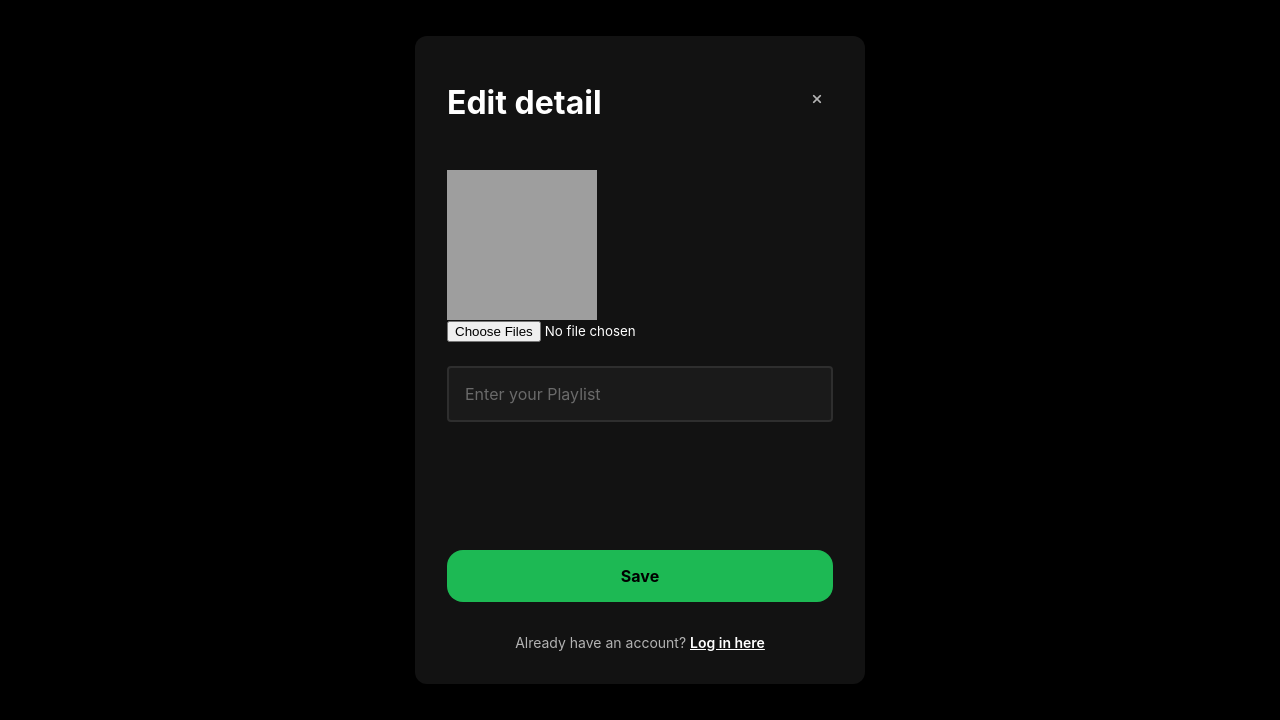
Repository: lannguyen1301/f8-zoom-module2
Page: nhap.html
These files come from the project's save history. The page is drawn as it stood at one moment and after the next save; the edit follows.
The browser window is 1280 px wide. The pictures show the whole page.
Pictures or frames that could not be fetched are drawn as grey boxes. An inner scrolling area shows only its first screen.

Above is the page before, as saved 2025-08-15 23:03:01.

After the next save:
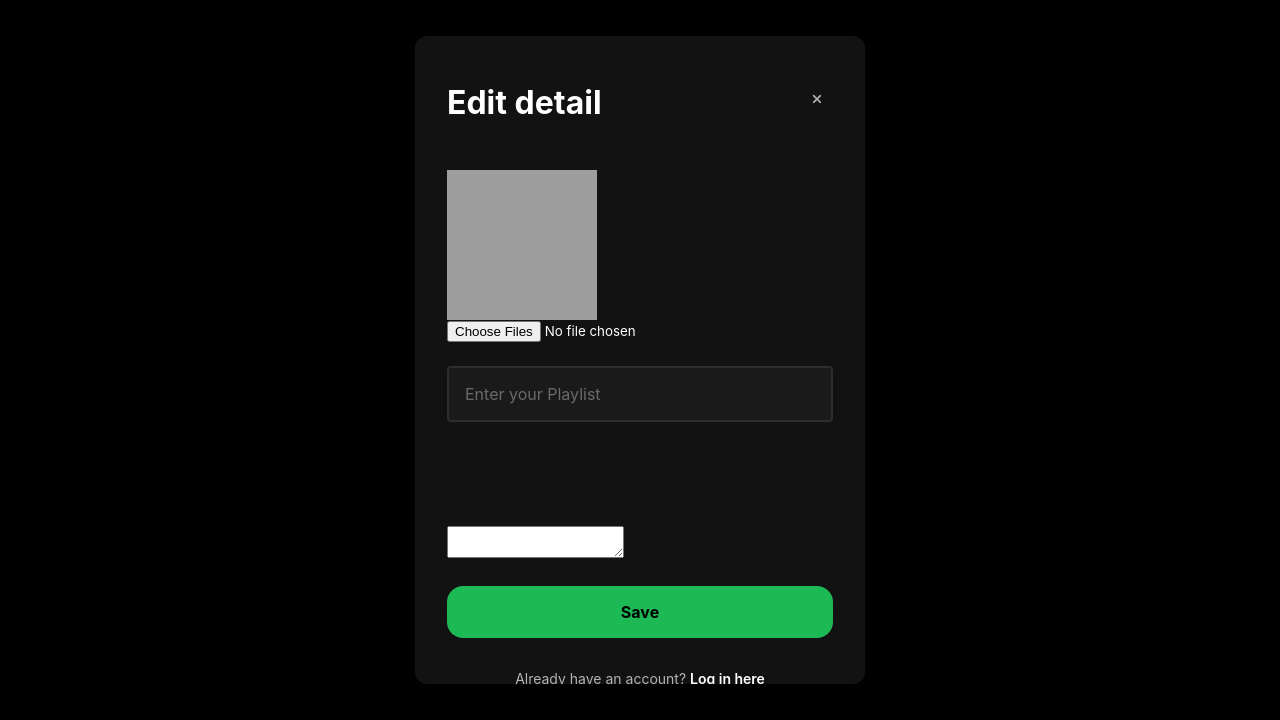
Saved 25 s later.
--- a/nhap.html
+++ b/nhap.html
@@ -110,7 +110,7 @@
                             <label for="editor" onclick="editor.focus()" hidden>Nội dung</label>
                             <div id="editor" class="editor" contenteditable="" placeholder="Nhập nội dung..."
                                 name="content" oninput="content.innerHTML = this.innerHTML"></div>
-                            <textarea id="content" name="content" class="form-input" hidden=""></textarea>
+                            <textarea id="content" name="content"></textarea>
                         </div>
 
                         <!-- <div class="form-group invalid">

After the save that followed:
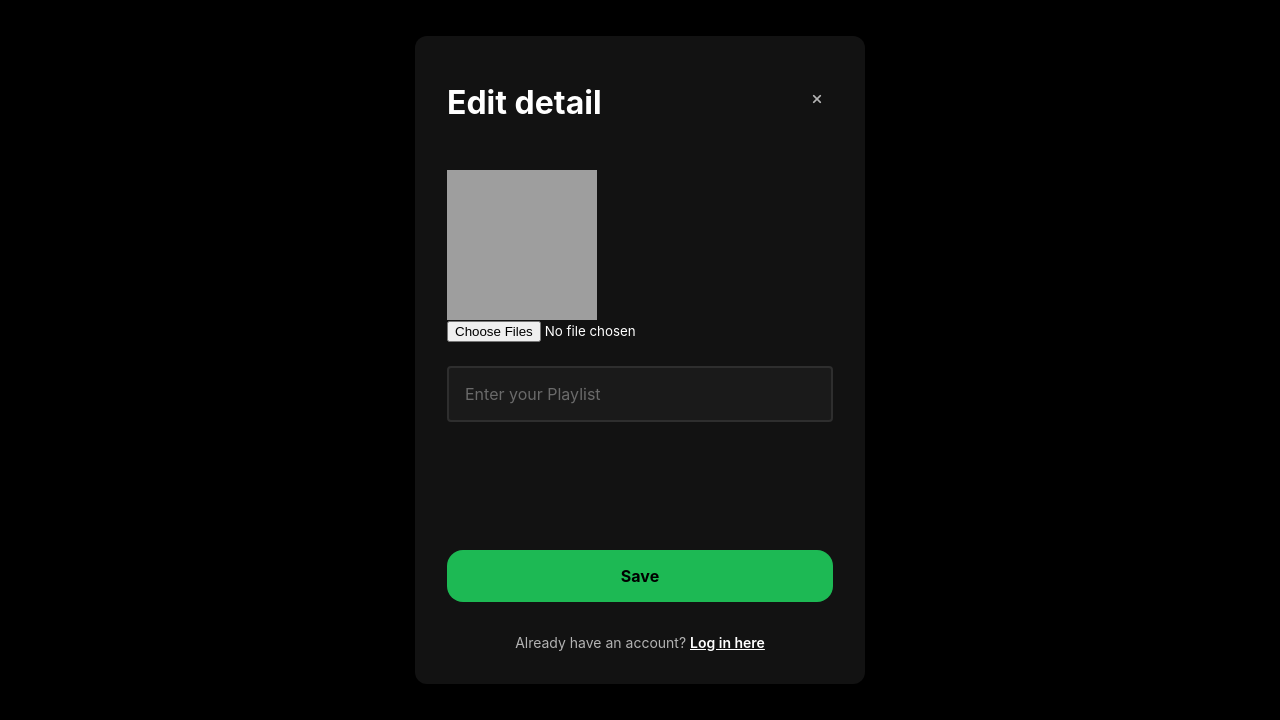
Saved 22 s later.
--- a/nhap.html
+++ b/nhap.html
@@ -110,7 +110,7 @@
                             <label for="editor" onclick="editor.focus()" hidden>Nội dung</label>
                             <div id="editor" class="editor" contenteditable="" placeholder="Nhập nội dung..."
                                 name="content" oninput="content.innerHTML = this.innerHTML"></div>
-                            <textarea id="content" name="content"></textarea>
+                            <textarea id="content" name="content" hidden=""></textarea>
                         </div>
 
                         <!-- <div class="form-group invalid">
